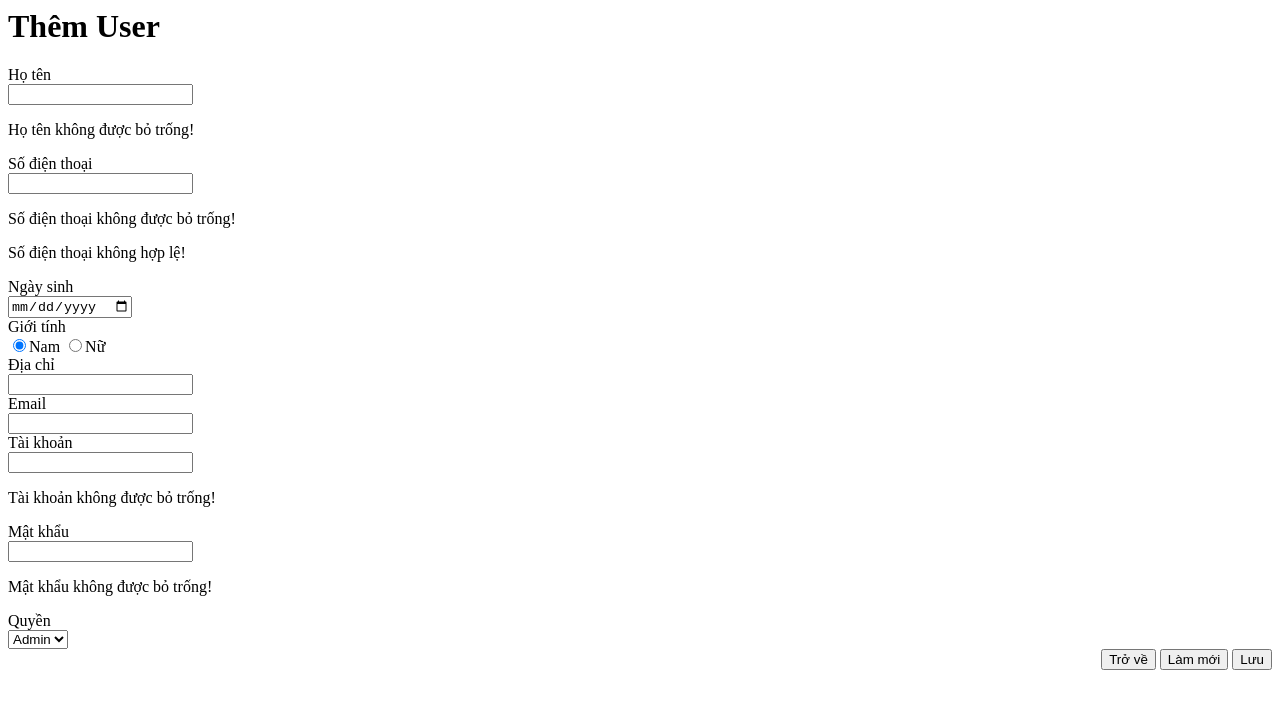
Repository: gohanmystic/T04_webraovat
Page: webraovat/webraovat/WebContent/app/admin/user/user-create-update.html
These files come from the project's save history. The page is drawn as it stood at one moment and after the next save; the edit follows.
The browser window is 1280 px wide. The pictures show the whole page.

Above is the page before, as saved 2017-11-29 13:21:26.

### webraovat/webraovat/WebContent/app/admin/user/user-create-update.html

<div class="container-fluid">
    <div class="row">
            <div class="col-lg-12">
                <h1 class="page-header">Thêm User</h1>
            </div>
        </div>
    <div class="row">
        <div class="col-lg-12">
            <form role="form" name="createUpdateForm">

            	<label for="name">Họ tên</label>
                <div class="form-group" show-errors>
                	<div class=" input-group">
                		<span class="input-group-addon"><i class="fa fa-user fa-fw"></i></span>
                    	<input type="text" name="name" required class="form-control" ng-model="vm.user.name" required>
                	</div>
                	<p class="help-block" ng-if="createUpdateForm.name.$error.required">Họ tên không được bỏ trống!</p>
                </div>
                <label for="phone">Số điện thoại</label>
                <div class="form-group" show-errors>
                	<div class=" input-group">
                		<span class="input-group-addon"><i class="fa fa-phone-square fa-fw"></i></span>
                    	<input type="text" name="phone" class="form-control" ng-model="vm.user.phone" ng-pattern="/^[0-9]{10,20}$/" required>
                	</div>
                	<p class="help-block" ng-if="createUpdateForm.phone.$error.required">Số điện thoại không được bỏ trống!</p>
                	<p class="help-block" ng-if="createUpdateForm.phone.$error.pattern">Số điện thoại không hợp lệ!</p>
                </div>

                <label for="birthday">Ngày sinh</label>
                <div class="form-group input-group">
                    <span class="input-group-addon"><i class="fa fa-birthday-cake fa-fw"></i></span>
                    <input id="birthday" type="date" class="form-control">
                </div>

                <label for="gender">Giới tính</label>
                <div class="form-group input-group" id="gender">
                    <span class="input-group-addon"><i class="fa fa-venus fa-fw"></i></span>
                    <div class="form-control">
                    	<label class="radio-inline">
	                        <input type="radio" name="optionsRadiosInline" id="optionsRadiosInline1" value="option1" checked>Nam
	                    </label>
	                    <label class="radio-inline">
	                        <input type="radio" name="optionsRadiosInline" id="optionsRadiosInline2" value="option2">Nữ
	                    </label>
                    </div>
                </div>

                <label for="address">Địa chỉ</label>
                <div class="form-group input-group">
                    <span class="input-group-addon"><i class="fa fa-map-marker fa-fw"></i></span>
                    <input id="address" type="text" class="form-control" googleplace>
                </div>

                <label for="email">Email</label>
                <div class="form-group input-group">
                    <span class="input-group-addon"><i class="fa fa-envelope fa-fw"></i></span>
                    <input id="email" type="email" class="form-control">
                </div>

                <label for="username">Tài khoản</label>
                <div class="form-group" show-errors>
                	<div class="input-group">
                		<span class="input-group-addon"><i class="fa fa-user fa-fw"></i></span>
                    	<input type="text" name="username" class="form-control" ng-model="vm.user.username" required>
                	</div>
                	<p class="help-block" ng-if="createUpdateForm.username.$error.required">Tài khoản không được bỏ trống!</p>
                </div>

                <label for="password">Mật khẩu</label>
                <div class="form-group" show-errors>
                	<div class="input-group">
	                	<span class="input-group-addon"><i class="fa fa-key fa-fw"></i></span>
	                    <input type="password" name="password" class="form-control" ng-model="vm.user.password" required>
                	</div>
                	<p class="help-block" ng-if="createUpdateForm.password.$error.required">Mật khẩu không được bỏ trống!</p>
                </div>

                <label for="level">Quyền</label>
                <div class="form-group input-group">
                    <span class="input-group-addon"><i class="fa fa-code fa-fw"></i></span>
                    <select id="level" class="form-control">
                        <option>Admin</option>
                        <option>User</option>
                    </select>
                </div>

                <div class="form-group" style="float:right">
                    <button type="button" class="btn btn-default"><i class="fa fa-undo fa-fw"></i>Trở về</button>
                    <button type="button" class="btn btn-info"><i class="fa fa-refresh fa-fw"></i>Làm mới</button>
                    <button ng-click="vm.save()" type="button" class="btn btn-success"><i class="fa fa-floppy-o fa-fw"></i>Lưu</button>
                </div>
            </form>
        </div>
    </div>
</div>

After the next save:
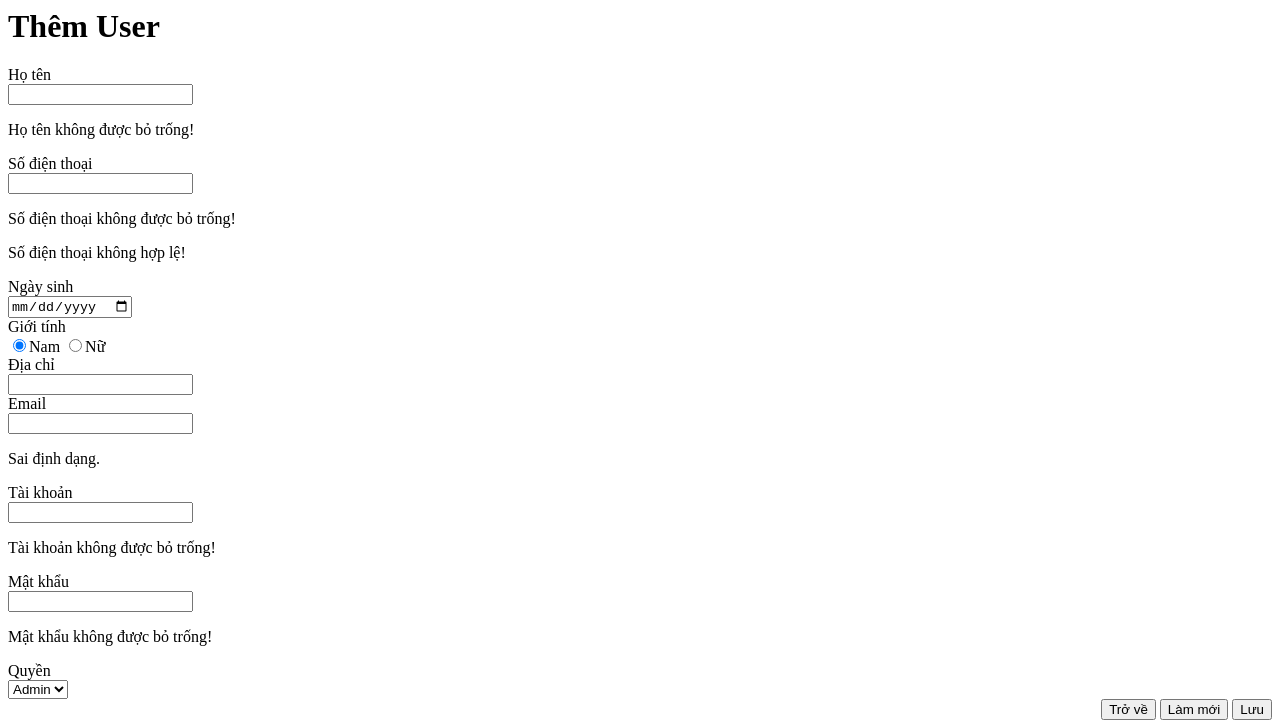
Saved 5 min 55 s later.
--- a/webraovat/webraovat/WebContent/app/admin/user/user-create-update.html
+++ b/webraovat/webraovat/WebContent/app/admin/user/user-create-update.html
@@ -53,9 +53,12 @@
                 </div>
 
                 <label for="email">Email</label>
-                <div class="form-group input-group">
-                    <span class="input-group-addon"><i class="fa fa-envelope fa-fw"></i></span>
-                    <input id="email" type="email" class="form-control">
+                <div class="form-group" show-errors>
+                	<div class="input-group">
+                		<span class="input-group-addon"><i class="fa fa-envelope fa-fw"></i></span>
+                    	<input type="email" name="email" class="form-control" ng-model="vm.user.email">
+                	</div>
+                    <p class="help-block" ng-if="editForm.email.$error.email">Sai định dạng.</p>
                 </div>
 
                 <label for="username">Tài khoản</label>
